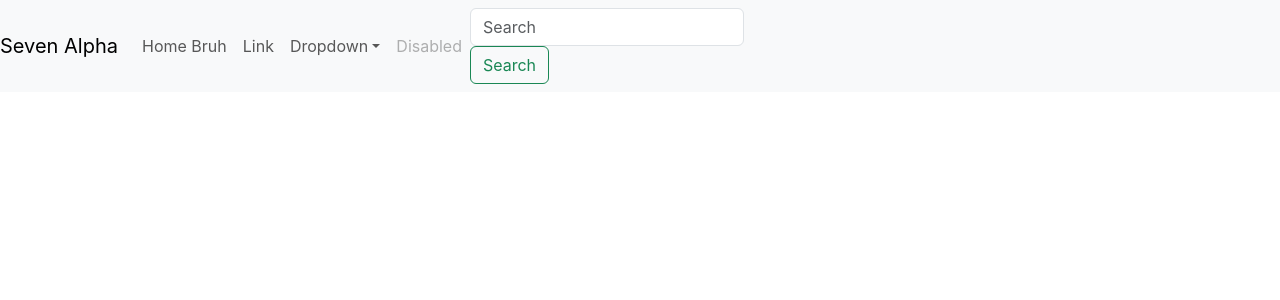
Repository: Shubham-tawar/Text-editor
Page: /
An editor plug-in stored every save of this project. The page is shown before and after the next save, followed by the edit.
The browser window is 1280 px wide. The pictures show the whole page.
The project was rebuilt for these pictures with package versions that can differ from the ones it lists, and the page was loaded fresh each time. Also part of the build but not shown: src/App.css.

Above is the page before, as saved 2025-07-05 17:20:57.

After the next save:
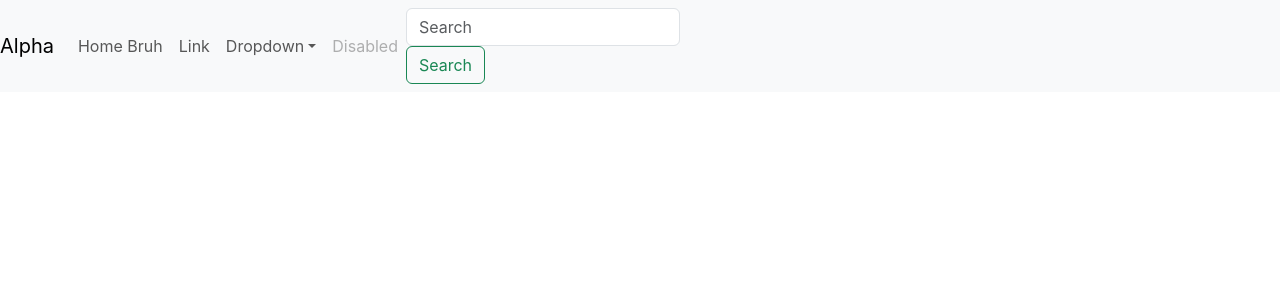
Saved 30 s later.
--- a/src/App.js
+++ b/src/App.js
@@ -6,7 +6,7 @@
 function App() {
   return (
     <>
-    <Navbar title="Seven Alpha" aboutText="Bruh"/>
+    <Navbar title="Alpha" aboutText="Bruh"/>
     <Textform heading = "Enter Text Here"/>
     </>
   );
